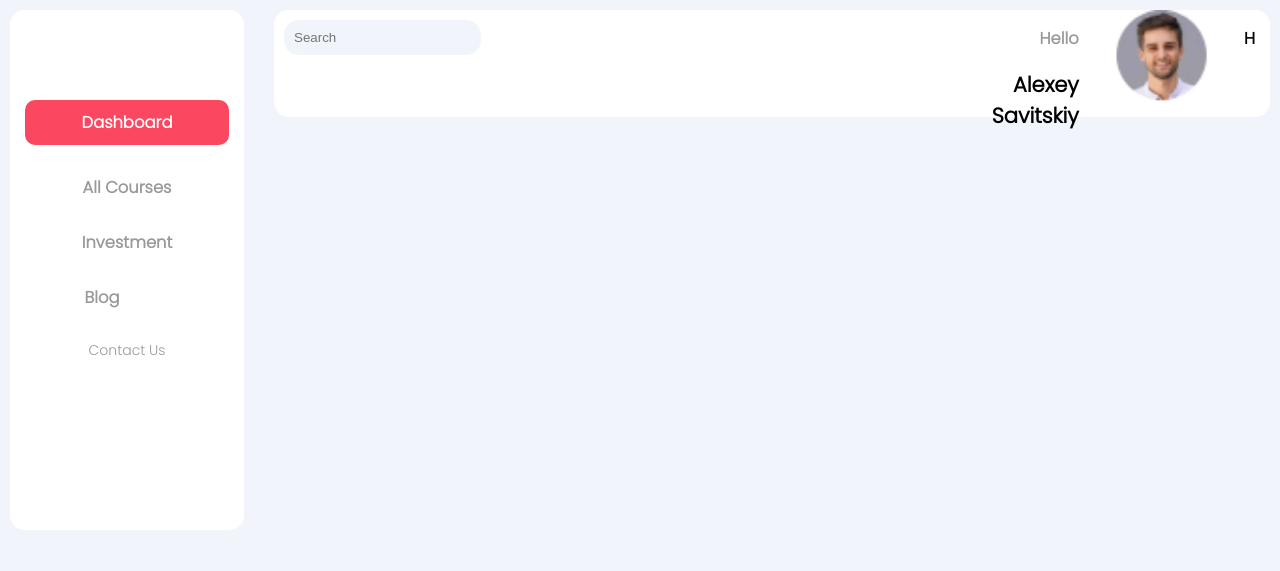
Repository: Anuruddha00/dashboard-design
Page: /
An editor plug-in stored every save of this project. The page is shown before and after the next save, followed by the edit.
The browser window is 1280 px wide. The pictures show the whole page.
The project was rebuilt for these pictures with package versions that can differ from the ones it lists, and the page was loaded fresh each time.

Above is the page before, as saved 2021-05-07 01:06:49.

### public/index.html
<!DOCTYPE html>
<html lang="en">
  <head>
    <meta charset="utf-8" />
    <link rel="icon" href="%PUBLIC_URL%/favicon.ico" />
    <meta name="viewport" content="width=device-width, initial-scale=1" />
    <meta name="theme-color" content="#000000" />
    <meta
      name="description"
      content="Web site created using create-react-app"
    />
    <link rel="apple-touch-icon" href="%PUBLIC_URL%/logo192.png" />

    <link rel="preconnect" href="https://fonts.gstatic.com">
    <link href="https://fonts.googleapis.com/css2?family=Poppins:wght@300&display=swap" rel="stylesheet">

    <!--
      manifest.json provides metadata used when your web app is installed on a
      user's mobile device or desktop. See https://developers.google.com/web/fundamentals/web-app-manifest/
    -->
    <link rel="manifest" href="%PUBLIC_URL%/manifest.json" />
    <!--
      Notice the use of %PUBLIC_URL% in the tags above.
      It will be replaced with the URL of the `public` folder during the build.
      Only files inside the `public` folder can be referenced from the HTML.

      Unlike "/favicon.ico" or "favicon.ico", "%PUBLIC_URL%/favicon.ico" will
      work correctly both with client-side routing and a non-root public URL.
      Learn how to configure a non-root public URL by running `npm run build`.
    -->
    <title>React App</title>
  </head>
  <body>
    <noscript>You need to enable JavaScript to run this app.</noscript>
    <div id="root"></div>
    <!--
      This HTML file is a template.
      If you open it directly in the browser, you will see an empty page.

      You can add webfonts, meta tags, or analytics to this file.
      The build step will place the bundled scripts into the <body> tag.

      To begin the development, run `npm start` or `yarn start`.
      To create a production bundle, use `npm run build` or `yarn build`.
    -->
  </body>
</html>

### src/index.js
import React from 'react';
import ReactDOM from 'react-dom';
import Dashboard from './containers/Dashboard/Dashboard';
import reportWebVitals from './reportWebVitals';

ReactDOM.render(
  <React.StrictMode>
    <Dashboard />
  </React.StrictMode>,
  document.getElementById('root')
);

// If you want to start measuring performance in your app, pass a function
// to log results (for example: reportWebVitals(console.log))
// or send to an analytics endpoint. Learn more: https://bit.ly/CRA-vitals
reportWebVitals();

### src/containers/Dashboard/Dashboard.js
import React from 'react';
import './Dashboard.scss';

const dashboard = () =>{

    return(
        <div className='container'>
            <div className='dashboard'>
                <div className='dashboardSideBar'>
                   <div className='dashboardSideBarTitle'>
                        <h3 className='dashboardSideBarTitleDashboard'>Dashboard</h3>
                        <h3 className='dashboardSideBarTitleCourses'>All Courses</h3>
                        <h3 className='dashboardSideBarTitleInvestment'>Investment</h3>
                        <h3 className='dashboardSideBarTitleBlog'>Blog</h3>
                   </div>
                   <p>Contact Us</p>
                </div>
                <div className='dashboardMenu'>
                    <section className='content'>
                        <nav className='contentNavbar'>
                            <div className='contentNavbarSearch'>
                                <form>
                                    <input type='text' placeholder='Search'/>
                                </form>
                            </div>
                            <div className='contentNavbarProfile'>
                                <div className='contentNavbarProfileName'>
                                    <h3>Hello</h3>
                                    <h2>Alexey Savitskiy</h2>
                                </div>
                                <img src='./assets/Image 9.png'/>
                                <h1>H</h1>
                            </div>
                        </nav>
                   </section>

                   <section>

                   </section>
                </div>
            </div>
        </div>
    )

}
export default dashboard;


{/* <nav className ='navBar'>
                    <div className='navBarContent'>
                        <div className='navBarContentSearch'>
                            <form className='navBarContentSearchField'>
                                <input type='text' placeholder='Search'/>
                            </form>
                        </div>
                        <div className='navBarContentProfile'>
                            <div className='navBarContentProfileName'>
                                <h2>Hello</h2>
                                <h2>Alexey Savitskiy</h2>
                            </div>
                            <img src='./assets/Image 9.png'/>
                            <h1>H</h1>
                        </div>
                    </div>
                </nav> */}

### src/containers/Dashboard/Dashboard.scss

body{
    margin: 0;
    padding: 0;
    font-size: 0.875rem;
    font-family: 'Poppins', sans-serif;

}

.container{
    background: #f1f5fb;
    height: 100vh;

    .dashboard{
        display: grid;
        grid-template-columns: 1fr 4fr;
        gap:10px;
        grid-auto-rows: minmax(100px, auto);

        &SideBar{
            grid-column: 1;
            grid-row: 1 / 6;
            border-radius: 15px;
            background: #ffffff;
            margin: 10px;

            &Title{
                margin-top: 90px;

                &Dashboard{
                    background:#fc4760;
                    border-radius: 10px;
                    text-align: center;
                    padding: 10px 10px 10px 10px;
                    margin: 10px 15px 10px 15px;
                    color: #ffffff;

                }
                &Courses{
                    text-align: center;
                    margin-top: 30px;
                    color: #9a9999;
                }
                &Investment{
                    text-align: center;
                    margin-top: 30px;
                    color: #9a9999;
                }
                &Blog{
                    text-align: center;
                    margin-top: 30px;
                    margin-right: 50px;
                    color: #9a9999;
                }
            }
            p{
                text-align: center;
                color: #9a9999;
                margin-top: 30px;
            }
        }
        &Menu{
            // border: 1px solid red;
            grid-column: 2;
            grid-row: 1 / 6;
            margin: 10px;

            .content{
                display: grid;
                grid-template-rows:1fr 3fr ;
                gap:10px;

                &Navbar{
                    display: flex;
                    justify-content: space-between;
                    background: #ffffff;
                    border-radius: 15px;

                    &Search{

                        input{
                            background: #f1f5fb;
                            border-style: none;
                            padding:10px;
                            margin: 10px;
                            border-radius: 15px;
                        }
                    }
                    &Profile{
                        display: flex;
                        flex-direction: row;
                        gap: 2em;
                        margin-right: 15px;

                        &Name{
                            text-align: end;

                            h3{
                                color: #9a9999;

                            }
                        }
                    }
                }
            }
        }
    }
}


// .navBar{
//     display: flex;
//     justify-content: end;
//     border: 1px solid #ffffff;
//     background:#ffffff;

//     &Content{
//         display: flex;


//         &Search{

//             &Field{

//             }
//         }
//         &Profile{

//             &Name{

//             }
//             display: flex;
//             gap: 1em;
//         }
//     }
// }

Loaded but not shown: src/reportWebVitals.js (common file)

After the next save:
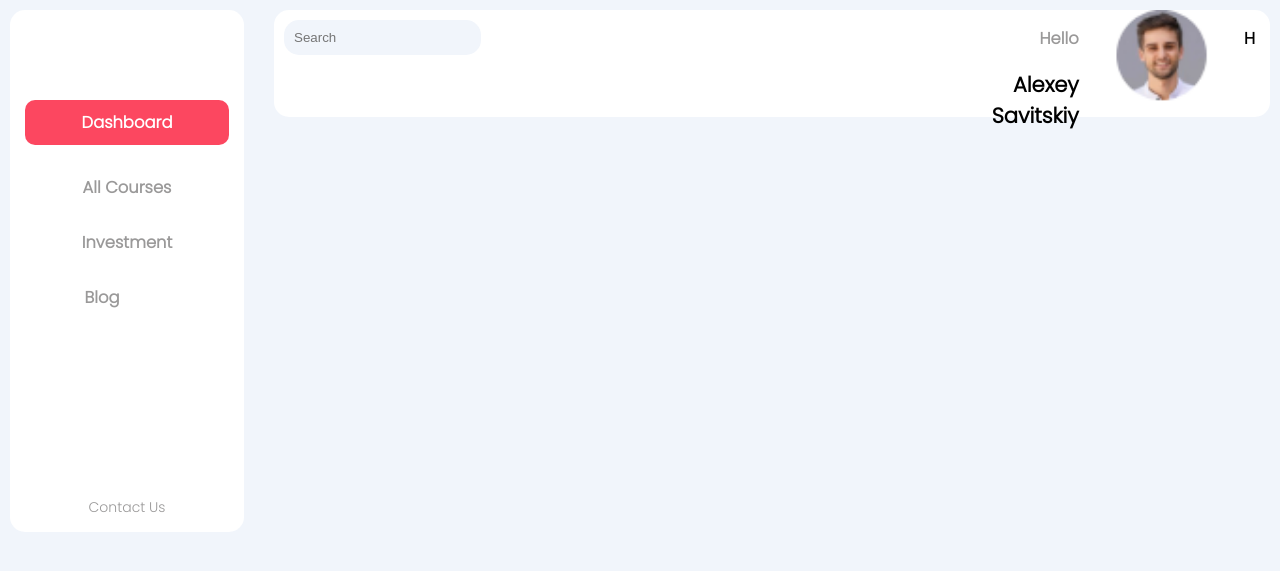
Saved 7 s later.
--- a/src/containers/Dashboard/Dashboard.scss
+++ b/src/containers/Dashboard/Dashboard.scss
@@ -56,7 +56,7 @@ body{
             p{
                 text-align: center;
                 color: #9a9999;
-                margin-top: 30px;
+                margin-top: 80%;
             }
         }
         &Menu{
